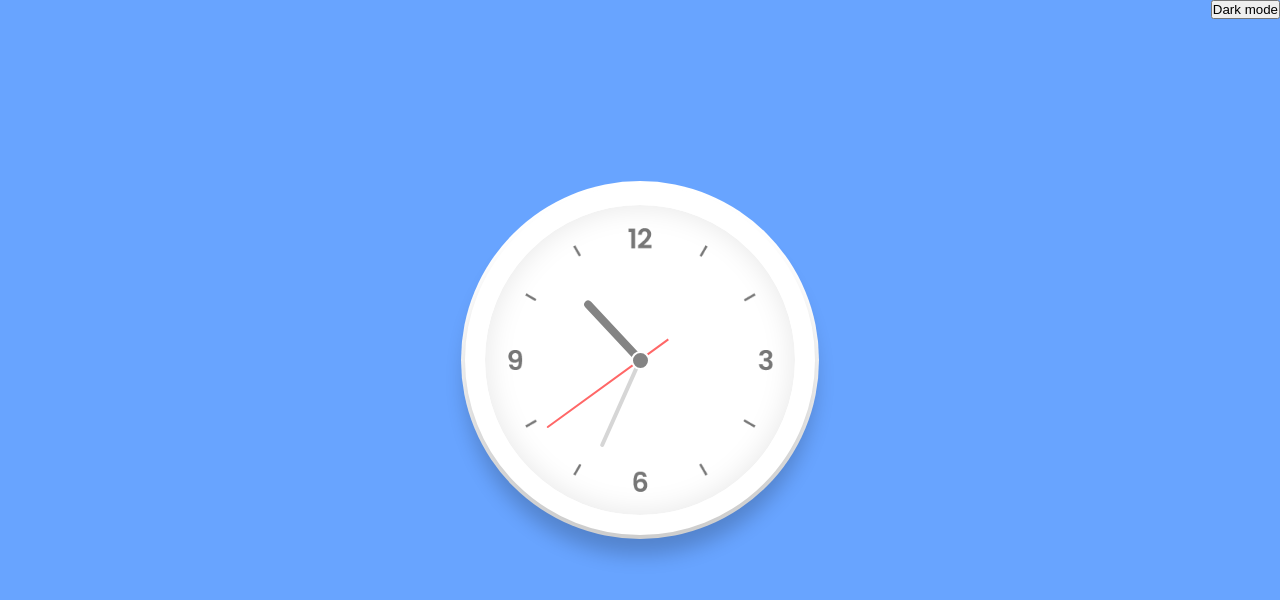
Repository: DaNiels89/analog-clock
Page: index.html
These files come from the project's save history. The page is drawn as it stood at one moment and after the next save; the edit follows.
The browser window is 1280 px wide. The pictures show the whole page.

Above is the page before, as saved 2020-06-20 12:26:37.

After the next save:
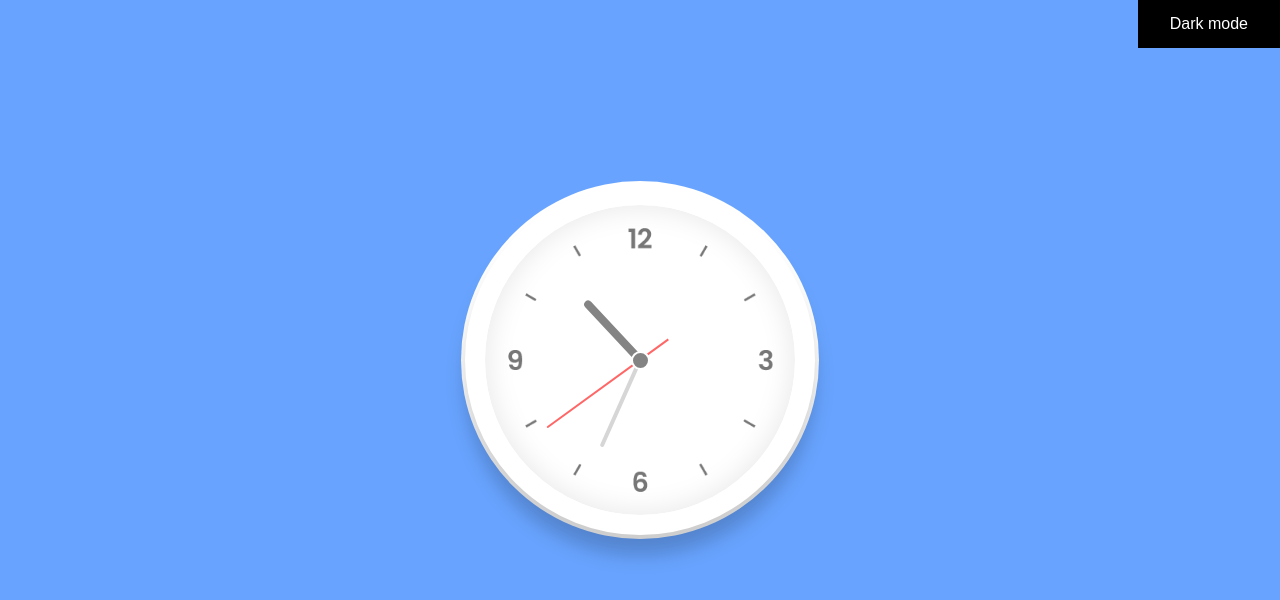
Saved 8 min 20 s later.
--- a/css/lightmode.css
+++ b/css/lightmode.css
@@ -14,6 +14,17 @@
 
   .button.hidden {
     display: none;
+  }
+
+  .button.dark-mode {
+    background-color: #000;
+    border: none;
+    color: white;
+    padding: 15px 32px;
+    text-align: center;
+    text-decoration: none;
+    display: inline-block;
+    font-size: 16px;
   }
 
   .toggle-mode {

After the 3 saves that followed:
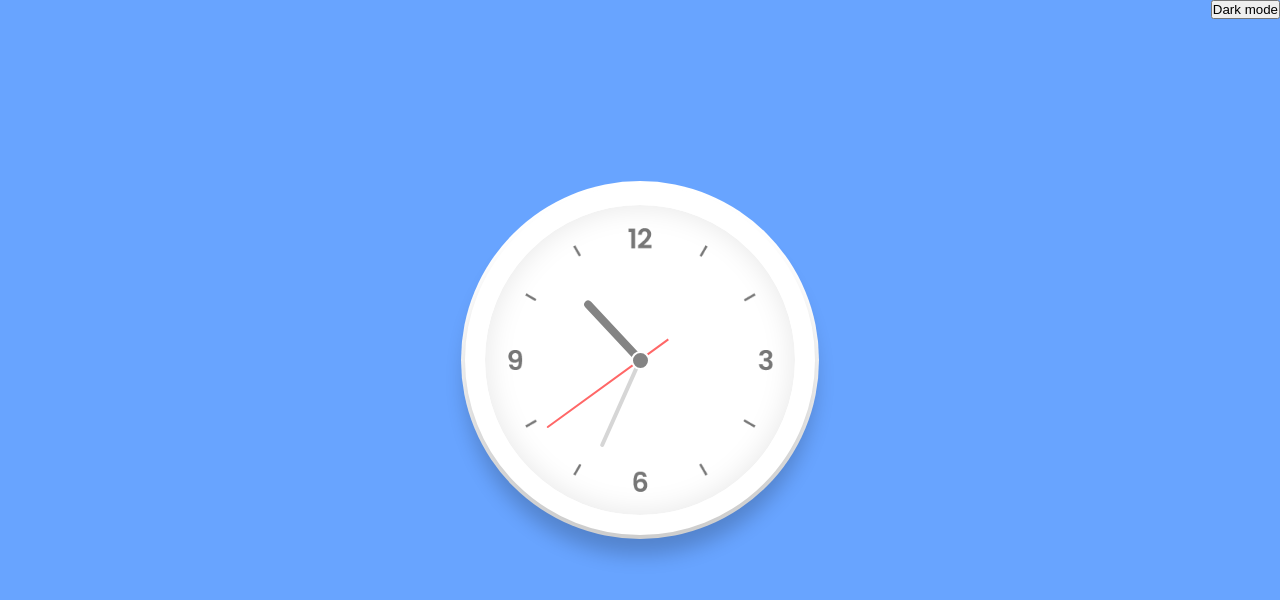
The 3 saves are shown as one change because 2 left the picture as it was.
The last was saved 3 min 24 s later.
--- a/css/lightmode.css
+++ b/css/lightmode.css
@@ -12,19 +12,18 @@
     background: #68a4ff
   }
 
-  .button.hidden {
-    display: none;
-  }
-
-  .button.dark-mode {
+  /* .button.dark-mode {
     background-color: #000;
     border: none;
     color: white;
     padding: 15px 32px;
     text-align: center;
     text-decoration: none;
-    display: inline-block;
     font-size: 16px;
+  } */
+
+  .button.hidden {
+    display: none;
   }
 
   .toggle-mode {
